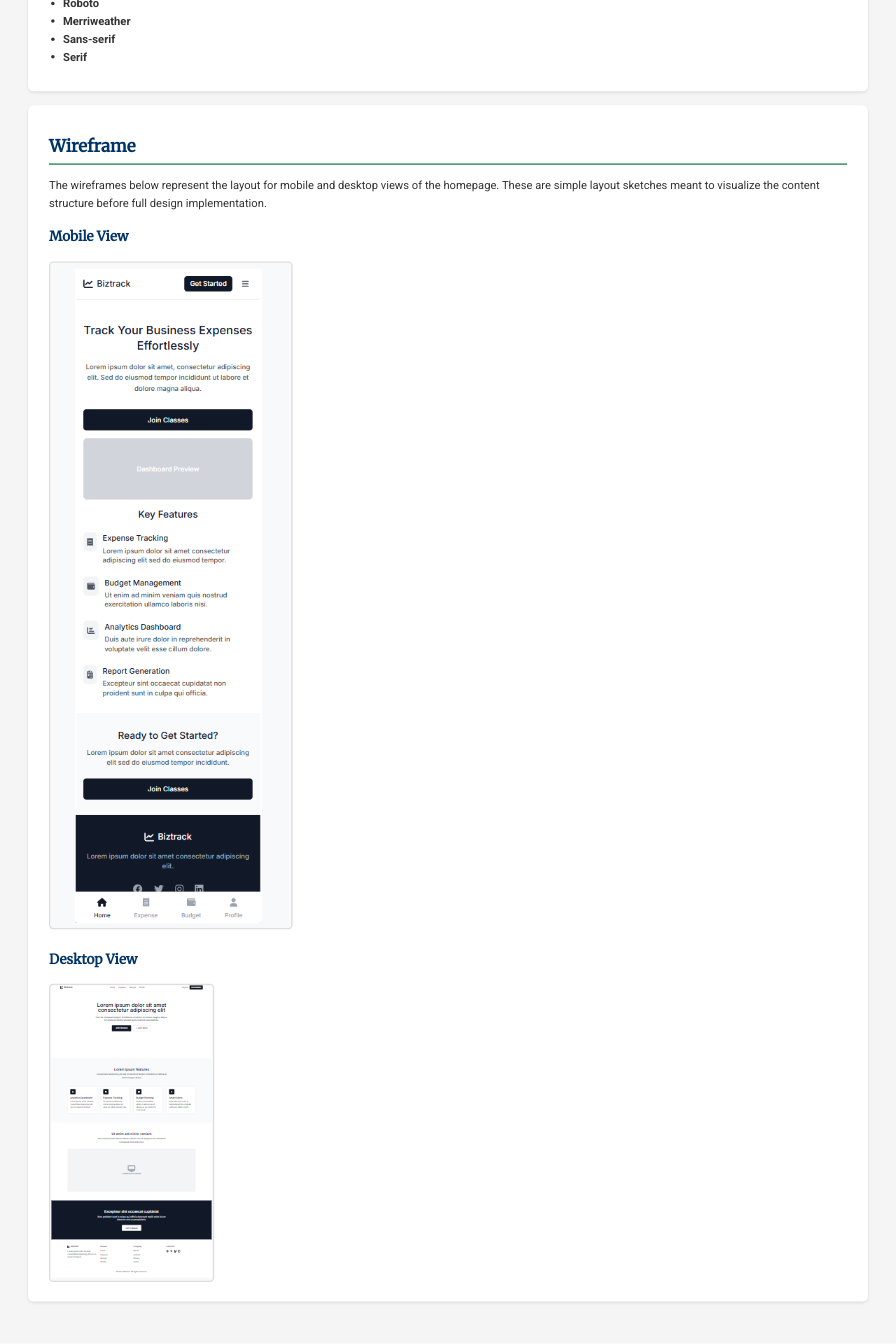
Repository: JoyUdoh106/wdd131
Page: project/siteplan.html
These files come from the project's save history. The page is drawn as it stood at one moment and after a run of saves; the edit follows.
The browser window is 1280 px wide. The pictures show the part of the page from y = 1278 to 3198 px (the page is 3198 px tall before and 3153 px after), at 70% of full size.

Above is the page before, as saved 2025-08-09 19:06:05.

After the next 4 saves:
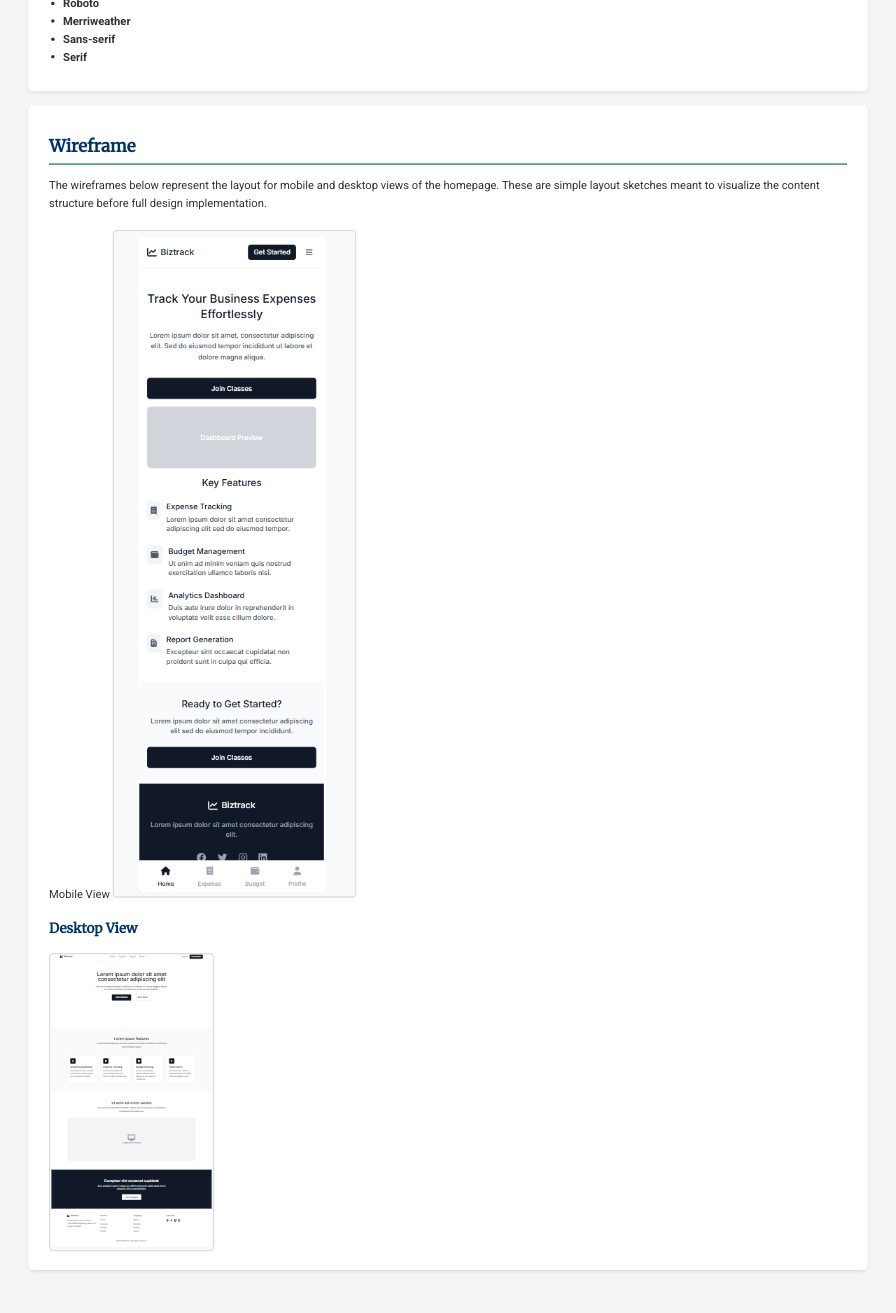
The 4 saves are shown as one change because they came seconds apart.
The last was saved 46 s later.
--- a/project/siteplan.html
+++ b/project/siteplan.html
@@ -57,6 +57,7 @@
         <div class="section">
             <h2>Wireframe</h2>
             <p>The wireframes below represent the layout for mobile and desktop views of the homepage. These are simple layout sketches meant to visualize the content structure before full design implementation.</p>
+            <div class="wir"
             <h3>Mobile View</h3>
             <img src="images/mobie-view.png" alt="Mobile wireframe of homepage" class="wireframe-img" />
 

After the 2 saves that followed:
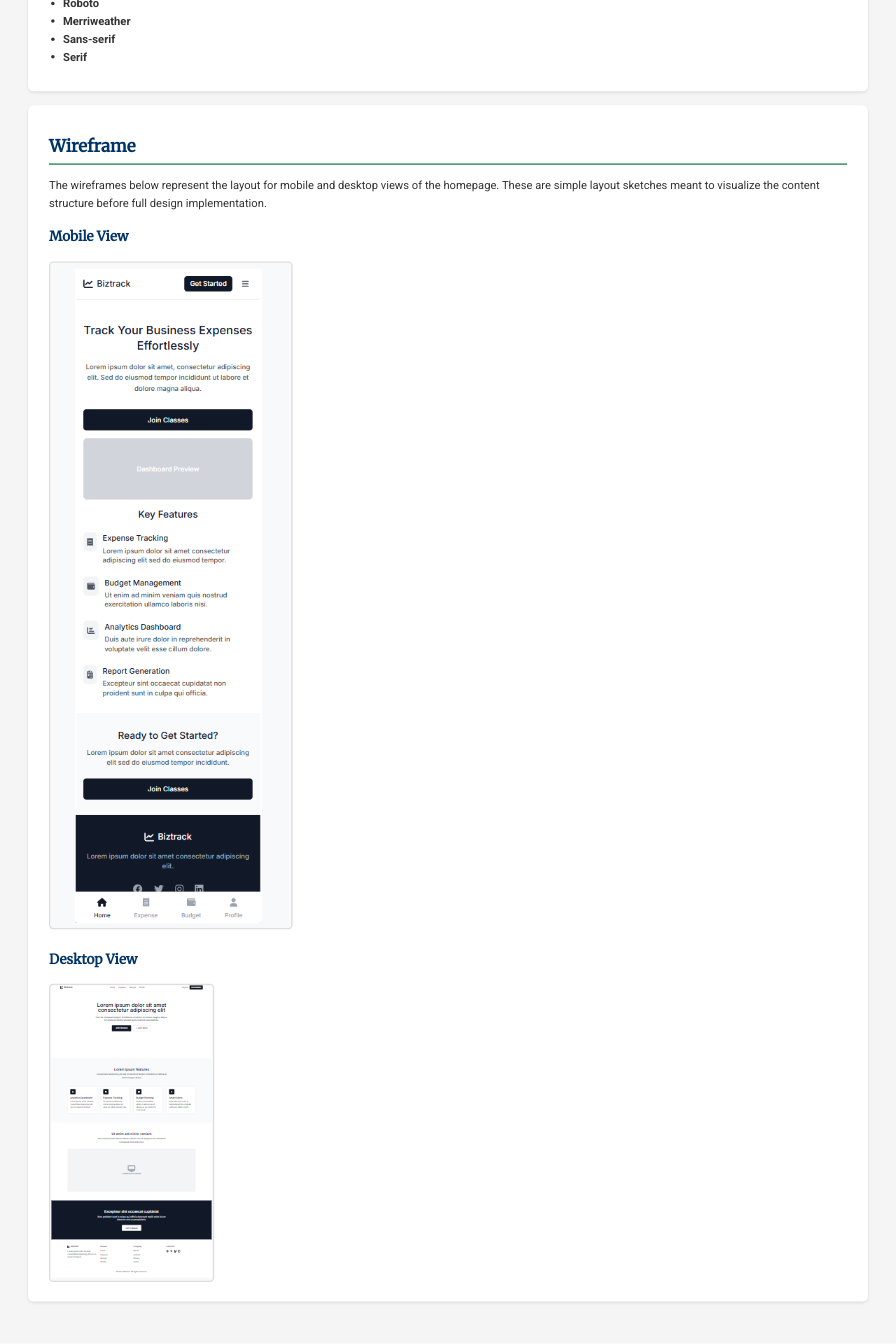
The 2 saves are shown as one change because they came seconds apart.
The last was saved 5 s later.
--- a/project/siteplan.html
+++ b/project/siteplan.html
@@ -57,7 +57,7 @@
         <div class="section">
             <h2>Wireframe</h2>
             <p>The wireframes below represent the layout for mobile and desktop views of the homepage. These are simple layout sketches meant to visualize the content structure before full design implementation.</p>
-            <div class="wir"
+            <div class="wireframe"></div>
             <h3>Mobile View</h3>
             <img src="images/mobie-view.png" alt="Mobile wireframe of homepage" class="wireframe-img" />
 
